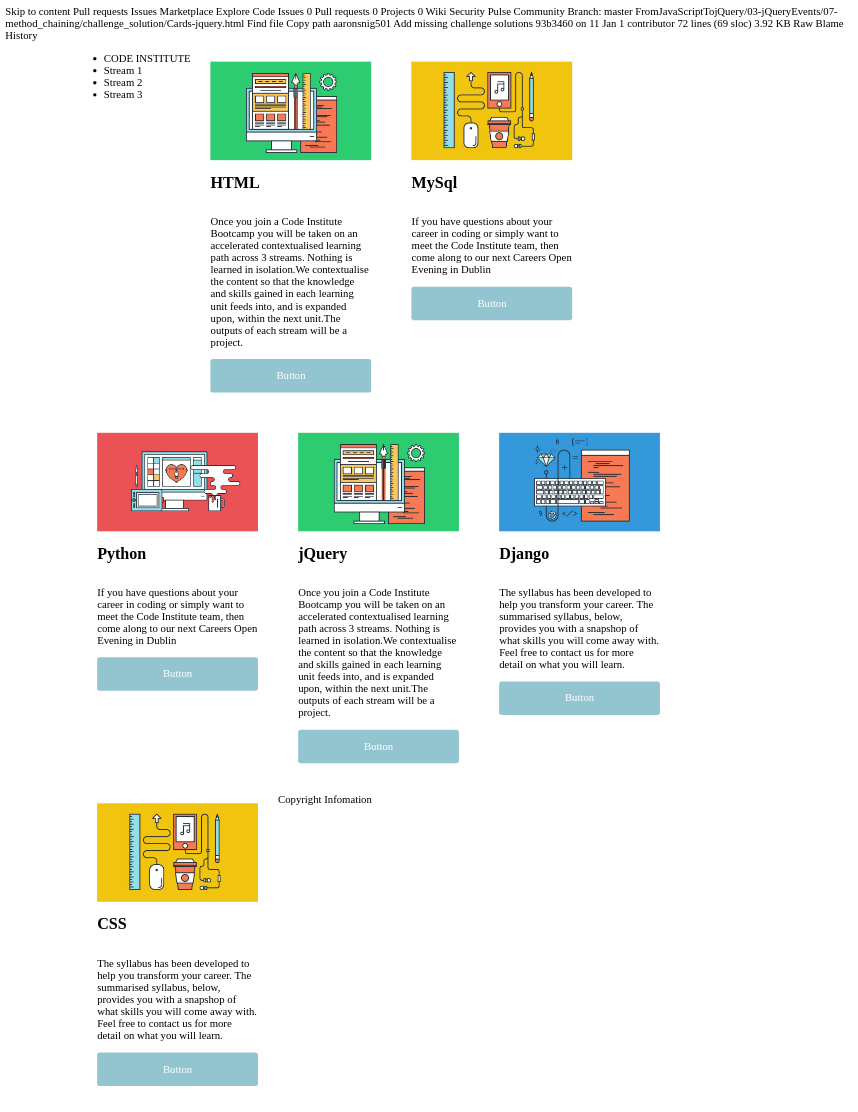
Repository: SOliv1/chaining-methods
Page: index.html
The author's editor kept a record of every edit. The page is drawn from the files as they stood at one moment, then again after the next edit.
The browser window is 1280 px wide. The pictures show the whole page, at 67% of full size.
Some web libraries are served in a nearby version.

Above is the page before.

After the next edit:
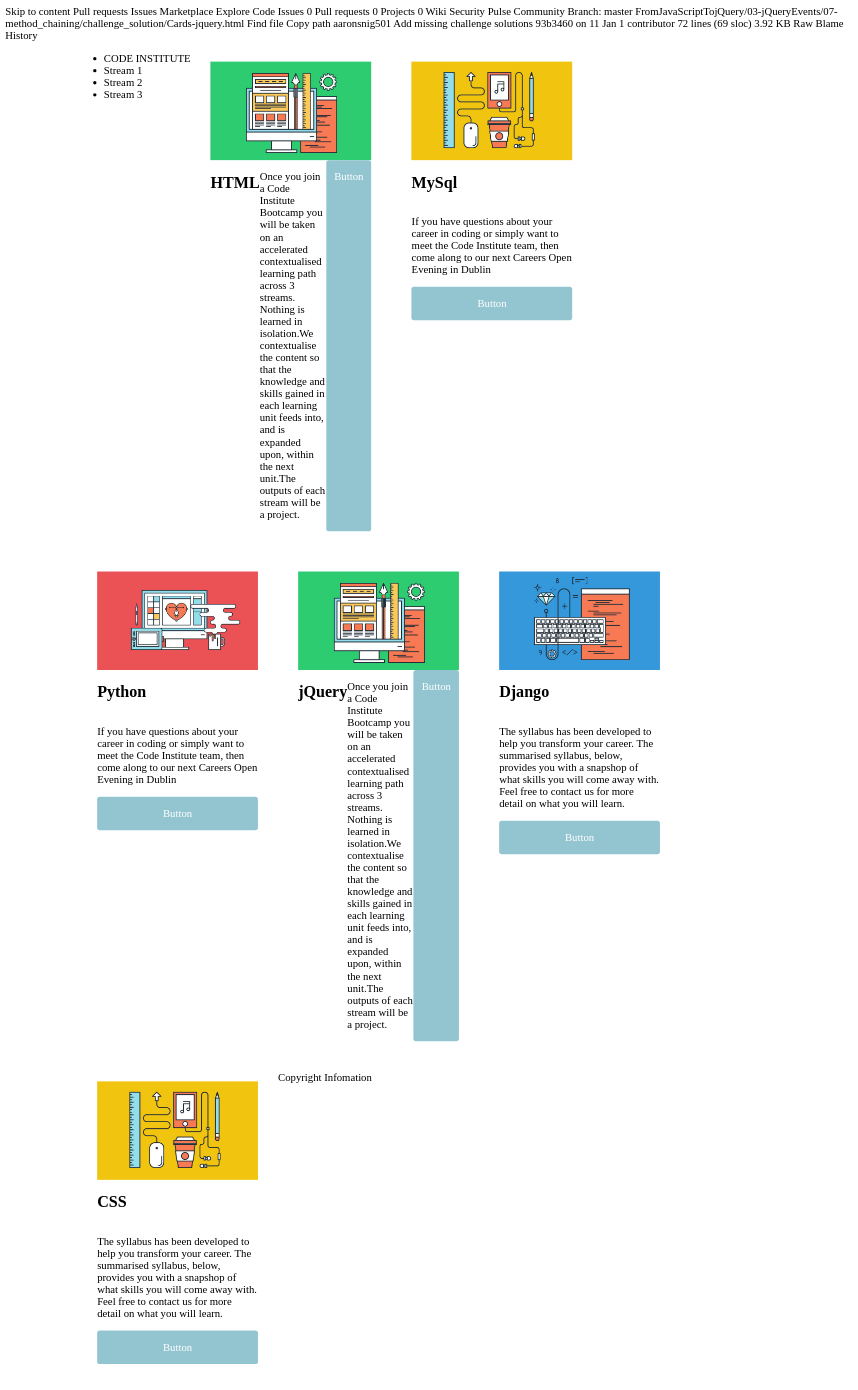
The edit:
--- a/css/style.css
+++ b/css/style.css
@@ -28,7 +28,7 @@
 
 
 
-	flex-flow:column;
+	flex-flex:column;
 
 
 
